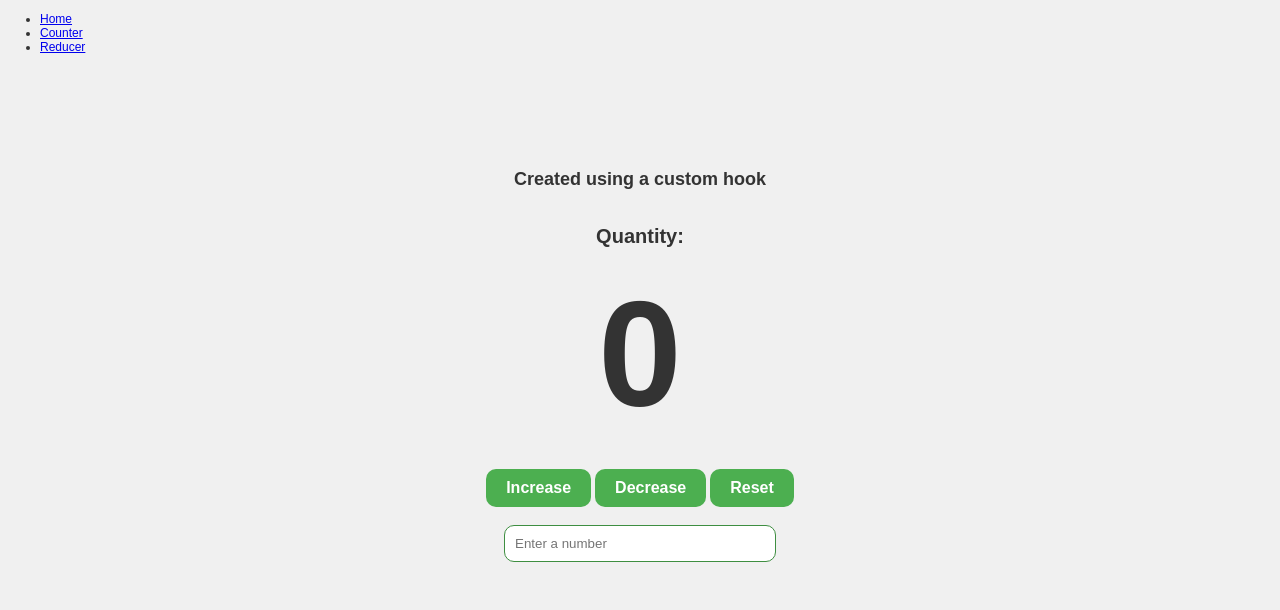
Repository: qudos4real/altschool-second-sem
Page: /counter
An editor plug-in stored every save of this project. The page is shown before and after the next save, followed by the edit.
The browser window is 1280 px wide. The pictures show the whole page.
The project was rebuilt for these pictures with package versions that can differ from the ones it lists, and the page was loaded fresh each time. Also part of the build but not shown: src/App.css, src/hooks/reducer.1.js, src/Components/Reducer.js, src/Components/Home.js, src/Components/NotFound.js, src/Components/ErrorBoundary.js.

Above is the page before, as saved 2022-11-04 17:40:30.

After the next save:
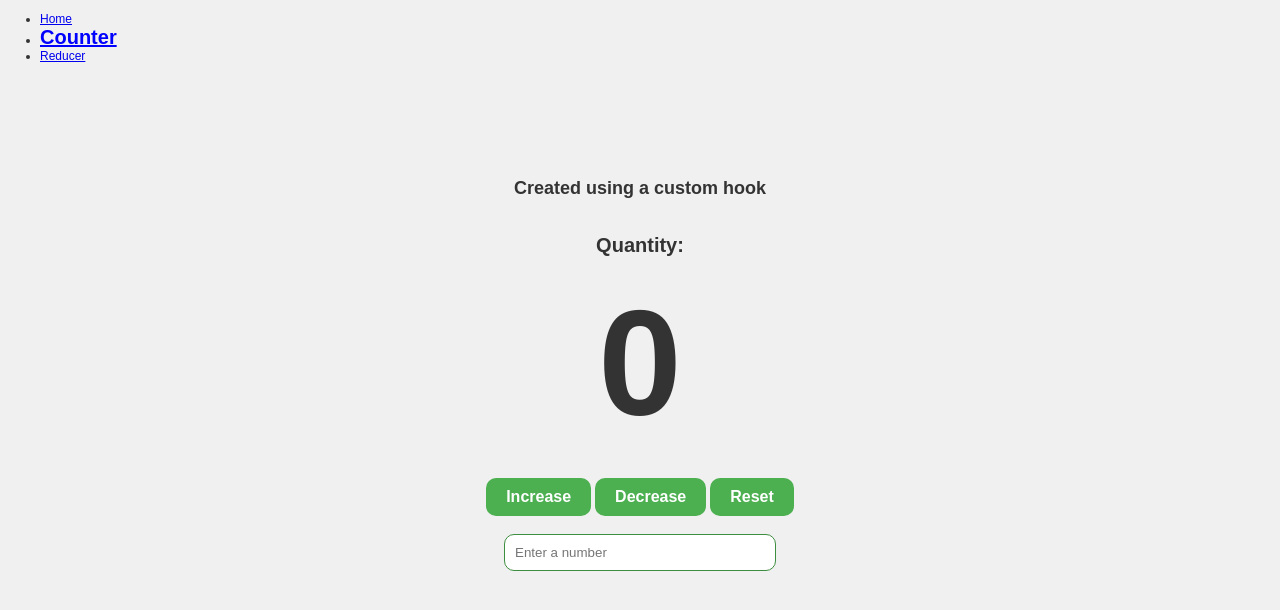
Saved 44 s later.
--- a/src/CSS/Counter.css
+++ b/src/CSS/Counter.css
@@ -63,7 +63,7 @@ body {
     color: red;
 }
 
-.Active{
+.active{
     font-size: 20px;
     font-weight: bold;
     margin-bottom: 10px;
